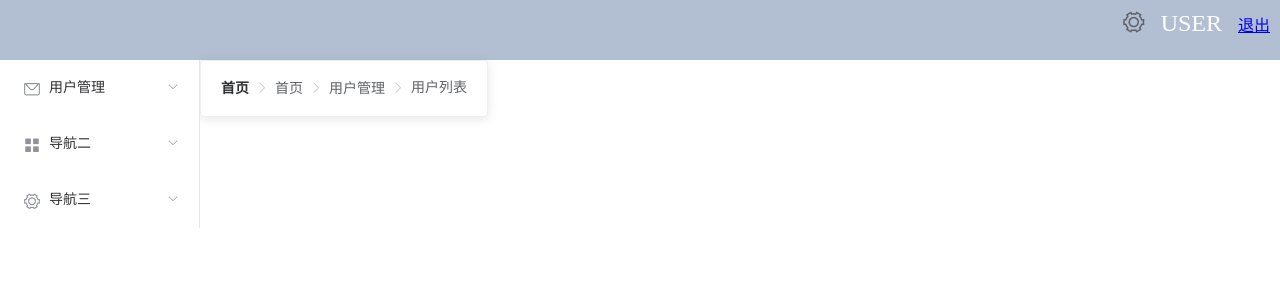
Repository: euphor1azzy/testlist
Page: /#/users (app in list/)
These files come from the project's save history. The page is drawn as it stood at one moment and after the next save; the edit follows.
The browser window is 1280 px wide. The pictures show the whole page.
The project was rebuilt for these pictures with package versions that can differ from the ones it lists, and the page was loaded fresh each time. Also part of the build but not shown: list/src/views/login/login.vue.

Above is the page before, as saved 2020-08-25 17:15:34.

### list/src/main.js
// 引入组件
import Vue from 'vue'
import ElementUI from 'element-ui';
import App from './App.vue'
import router from './router'
import MyHttpServer from './plugins/http'
Vue.use(router);


// 引入css文件
import './assets/css/reset.css'
import 'element-ui/lib/theme-chalk/index.css';


//使用插件
Vue.use(ElementUI)
Vue.use(MyHttpServer)
Vue.config.productionTip = false


new Vue({
    el: '#app',
    router,
    render: h => h(App)
}).$mount('#app')

### list/src/App.vue
<template>
  <div id="app" >

    <router-view></router-view>
  </div>
</template>

<script>

</script>

<style>
#app{

  height:100vh
}
</style>

### list/src/router/index.js
import Vue from 'vue'
import Router from 'vue-router'
import Home from '../views/home.vue'
import Login from '../views/login/login.vue'
import Users from '../components/users/users.vue'



Vue.use(Router);



export default new Router({
    routes: [{
            path: '/',
            name: 'Home',
            component: Home,
            children: [{
                name: 'Users',
                path: 'users',
                component: Users
            }]

        },
        {
            name: 'Login',
            path: '/login',
            component: Login
        }
    ]
});

### list/src/plugins/http.js
//将axios改为插件
import axios from 'axios'
const MyHttpServer = {}


MyHttpServer.install = (Vue) => {
    axios.defaults.baseURL = 'http://localhost:8888/api/private/v1/'

    // 添加实例方法
    Vue.prototype.$http = axios

}

export default MyHttpServer

### list/src/assets/css/reset.css
/*! minireset.css v0.0.2 | MIT License | github.com/jgthms/minireset.css */

html,
body,
p,
ol,
ul,
li,
dl,
dt,
dd,
blockquote,
figure,
fieldset,
legend,
textarea,
pre,
iframe,
hr,
h1,
h2,
h3,
h4,
h5,
h6 {
    /* height: 100%; */
    margin: 0;
    padding: 0;
}

h1,
h2,
h3,
h4,
h5,
h6 {
    font-size: 100%;
    font-weight: normal;
}

ul {
    list-style: none;
}

button,
input,
select,
textarea {
    margin: 0;
}

html {
    box-sizing: border-box;
}

* {
    box-sizing: inherit;
}

*:before,
*:after {
    box-sizing: inherit;
}

img,
embed,
object,
audio,
video {
    height: auto;
    max-width: 100%;
}

iframe {
    border: 0;
}

table {
    border-collapse: collapse;
    border-spacing: 0;
}

td,
th {
    padding: 0;
    text-align: left;
}

### list/src/views/home.vue
<template>

  <div class="con">
    <!-- 头部 -->
    <v-appnav></v-appnav>
     <!-- 侧边栏 -->

    <v-appslider></v-appslider>

    <!-- 内容 -->
   <!-- <v-list></v-list> -->
   <!-- <el-main class="main"> -->
     <router-view></router-view>
   <!-- </el-main> -->

  </div>
</template>

<script>
// 导入组件

import AppNav from "../components/common/appnav";
import AppSlider from "../components/common/appslider";
// import List from "../components/list/list";

export default {
  name: "Home",
  // 注册组件
  components: {
    "v-appnav": AppNav,
    "v-appslider": AppSlider,
    // "v-list": List,
  },
};
</script>

<style>
.con {
  /* height: 100%; */
  display: flex;
  flex: auto;
  flex-flow: row wrap;
  justify-content: flex-start;
}
</style>

### list/src/components/users/users.vue
<template>

 <el-card class="box-card">
 <!-- 面包屑 -->
    <el-breadcrumb separator-class="el-icon-arrow-right">
    <el-breadcrumb-item :to="{ path: '/' }">首页</el-breadcrumb-item>
    <el-breadcrumb-item>首页</el-breadcrumb-item>
    <el-breadcrumb-item>用户管理</el-breadcrumb-item>
    <el-breadcrumb-item>用户列表</el-breadcrumb-item>
    </el-breadcrumb>
</el-card>
</template>

<script>
export default {

}
</script>

<style>
.box-card{
    height: 100%;
}
</style>

### list/src/components/common/appnav.vue
<template>
  <el-header class="nav">
    <el-dropdown>
      <i class="el-icon-setting" style="margin-right: 15px"></i>
      <el-dropdown-menu slot="dropdown">
        <el-dropdown-item>查看</el-dropdown-item>
        <el-dropdown-item>新增</el-dropdown-item>
        <el-dropdown-item>删除</el-dropdown-item>
      </el-dropdown-menu>
    </el-dropdown>
    <span>USER</span>
    <router-link to="/login" style="padding-left:16px;font-size:16px"
      >退出</router-link
    >
  </el-header>
</template>

<script>
export default {
  name: "AppNav",
};
</script>

<style scoped>

.nav {
  padding: 10px;
  text-align: right;
  font-size: 24px;
  width: 100%;
  color: #fff;
  background-color: #b2bfd2;
}
.el-icon-setting::before {
  font-size: 24px;
}
</style>

### list/src/components/common/appslider.vue
<template>
   <!-- <el-container style="height: 100%; border: 1px solid #eee"> -->
      <el-aside width="200px" style="background-color: rgb(238, 241, 246)">
        <el-menu :unique-opened="true"
        :router="true">
          <el-submenu index="1">
            <template slot="title">
              <i class="el-icon-message"></i>用户管理
            </template>
            <el-menu-item-group>
              <template slot="title">分组一</template>
              <el-menu-item index="users">用户列表</el-menu-item>
              <el-menu-item index="1-2">用户设置</el-menu-item>
            </el-menu-item-group>
            <el-menu-item-group title="分组2">
              <el-menu-item index="1-3">选项3</el-menu-item>
            </el-menu-item-group>
            <el-submenu index="1-4">
              <template slot="title">选项4</template>
              <el-menu-item index="1-4-1">选项4-1</el-menu-item>
            </el-submenu>
          </el-submenu>
          <el-submenu index="2">
            <template slot="title">
              <i class="el-icon-menu"></i>导航二
            </template>
            <el-menu-item-group>
              <template slot="title">分组一</template>
              <el-menu-item index="2-1">选项1</el-menu-item>
              <el-menu-item index="2-2">选项2</el-menu-item>
            </el-menu-item-group>
            <el-menu-item-group title="分组2">
              <el-menu-item index="2-3">选项3</el-menu-item>
            </el-menu-item-group>
            <el-submenu index="2-4">
              <template slot="title">选项4</template>
              <el-menu-item index="2-4-1">选项4-1</el-menu-item>
            </el-submenu>
          </el-submenu>
          <el-submenu index="3">
            <template slot="title">
              <i class="el-icon-setting"></i>导航三
            </template>
            <el-menu-item-group>
              <template slot="title">分组一</template>
              <el-menu-item index="3-1">选项1</el-menu-item>
              <el-menu-item index="3-2">选项2</el-menu-item>
            </el-menu-item-group>
            <el-menu-item-group title="分组2">
              <el-menu-item index="3-3">选项3</el-menu-item>
            </el-menu-item-group>
            <el-submenu index="3-4">
              <template slot="title">选项4</template>
              <el-menu-item index="3-4-1">选项4-1</el-menu-item>
            </el-submenu>
          </el-submenu>
        </el-menu>
      </el-aside>
   <!-- </el-container> -->
</template>

<script>
export default {

}
</script>

<style>

</style>

Loaded but not shown: list/public/index.html (common file)

After the next save:
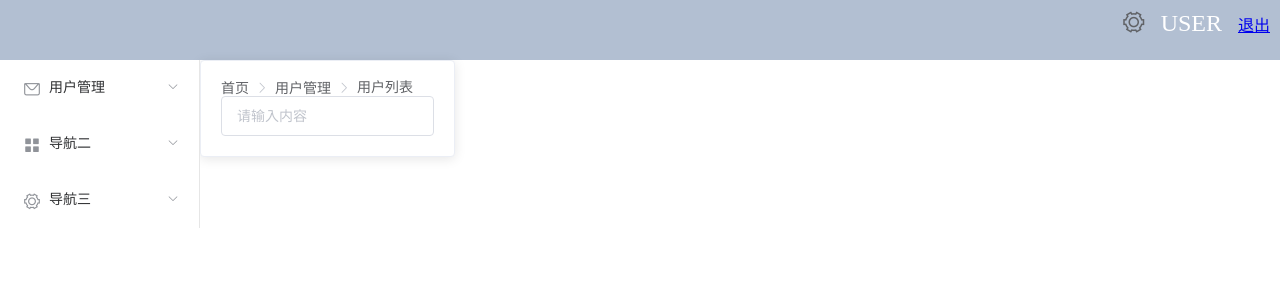
Saved 4 min 38 s later.
--- a/list/src/components/users/users.vue
+++ b/list/src/components/users/users.vue
@@ -3,11 +3,20 @@
  <el-card class="box-card">
  <!-- 面包屑 -->
     <el-breadcrumb separator-class="el-icon-arrow-right">
-    <el-breadcrumb-item :to="{ path: '/' }">首页</el-breadcrumb-item>
+    <!-- <el-breadcrumb-item :to="{ path: '/' }">首页</el-breadcrumb-item> -->
     <el-breadcrumb-item>首页</el-breadcrumb-item>
     <el-breadcrumb-item>用户管理</el-breadcrumb-item>
     <el-breadcrumb-item>用户列表</el-breadcrumb-item>
     </el-breadcrumb>
+
+    <!-- 搜索 -->
+    <el-row>
+        <el-col>
+                     <el-button slot="append" icon="el-icon-search"></el-button>
+                     <el-input placeholder="请输入内容" v-model="input3" class="input-with-select">
+                     </el-input>
+        </el-col>
+    </el-row>
 </el-card>
 </template>
 
